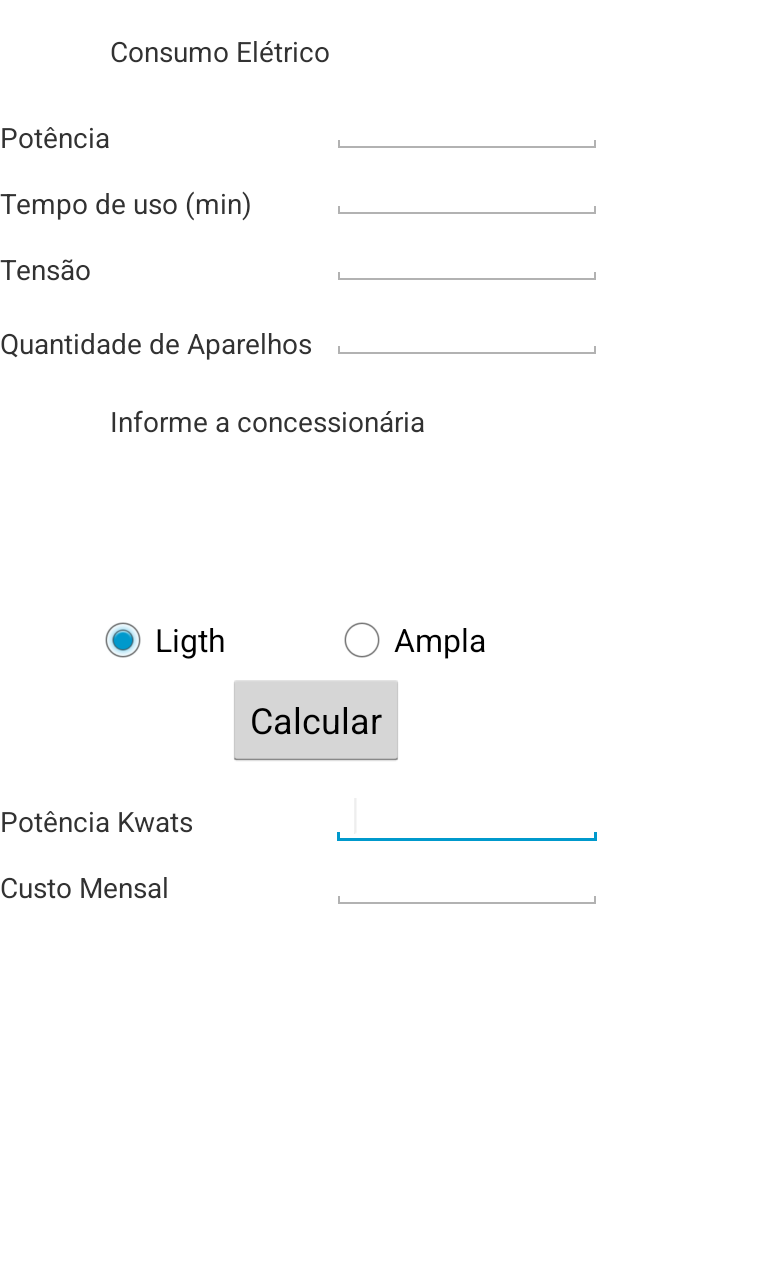
Repository: tsoarescruz/programacao_aplicativos
Layout: Projeto/Projeto_Eclipse/workspace/ConsumoElet/res/layout/activity_consumo_elet.xml
The author's editor kept a copy of each file at every save. The layout is drawn from the files as they stood at one save, then again after the next save.
It is drawn on a 768 x 1280 px phone screen (xhdpi) without system bars, with theme AppTheme; the app's code is not run.

Above is the layout before, as saved 2016-11-18 09:51:02.

After the next save:
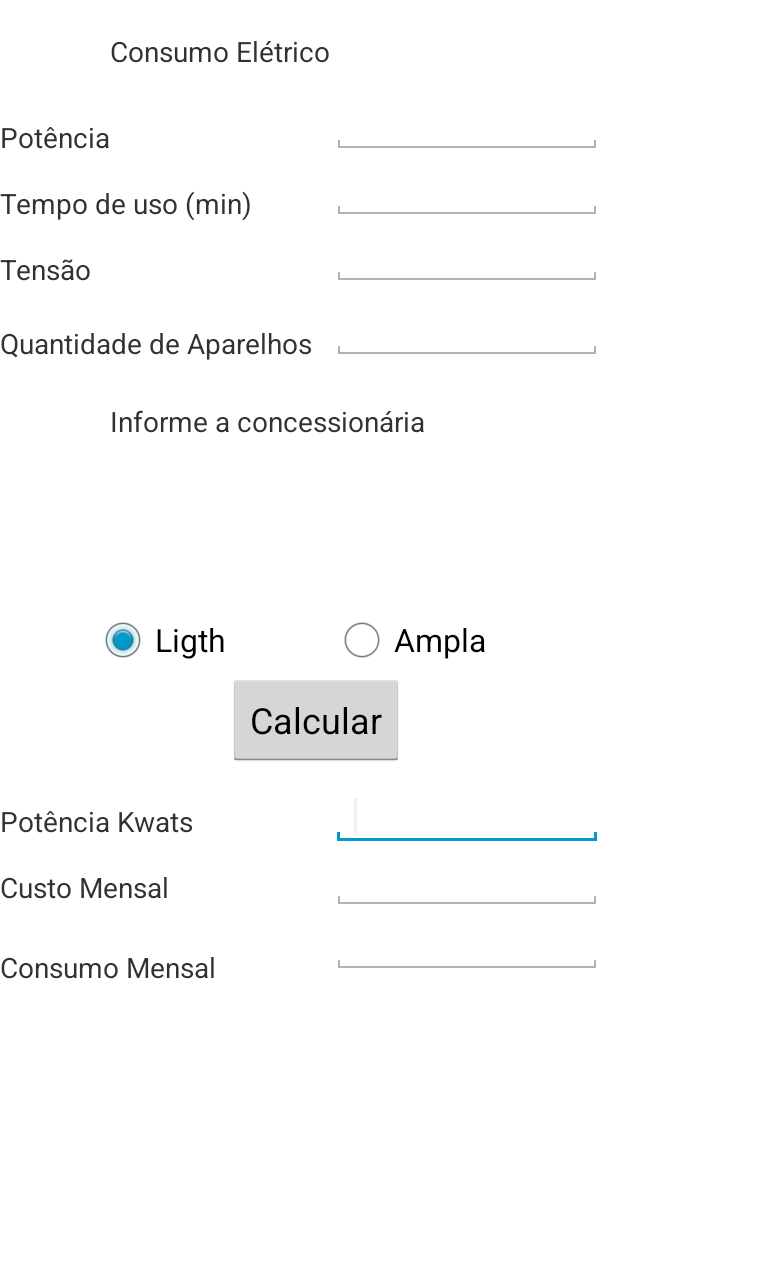
Saved 97 s later.
--- a/Projeto/Projeto_Eclipse/workspace/ConsumoElet/res/layout/activity_consumo_elet.xml
+++ b/Projeto/Projeto_Eclipse/workspace/ConsumoElet/res/layout/activity_consumo_elet.xml
@@ -175,4 +175,23 @@
         android:ems="10"
         android:inputType="number" />
 
+    <TextView
+        android:id="@+id/TextView01"
+        android:layout_width="wrap_content"
+        android:layout_height="wrap_content"
+        android:layout_alignLeft="@+id/textView9"
+        android:layout_below="@+id/edtquantarg"
+        android:layout_marginTop="18dp"
+        android:text="Consumo Mensal" />
+
+    <EditText
+        android:id="@+id/EditText01"
+        style="?android:attr/progressBarStyleHorizontal"
+        android:layout_width="wrap_content"
+        android:layout_height="wrap_content"
+        android:layout_alignParentRight="true"
+        android:layout_below="@+id/edtquantarg"
+        android:layout_toRightOf="@+id/textView1"
+        android:ems="10" />
+
 </RelativeLayout>
